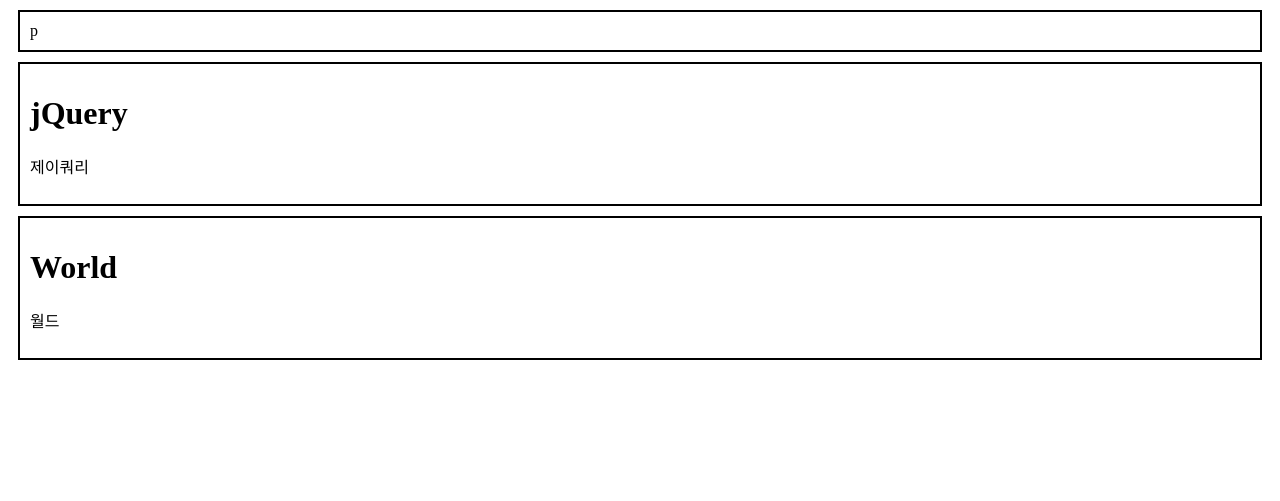
Repository: Shinhan1/shinhan
Page: http://localhost/web_goott/w20200323/jQueryEx04.jsp
The author's editor kept a copy of each file at every save. The page is drawn from the files as they stood at one save, then again after the next save.
The browser window is 1280 px wide. The pictures show the whole page.
After loading, the first visible `div` was clicked once.
The page is served by Tomcat 9.

Above is the page before, as saved 2020-03-23 06:02:40.

After the next save:
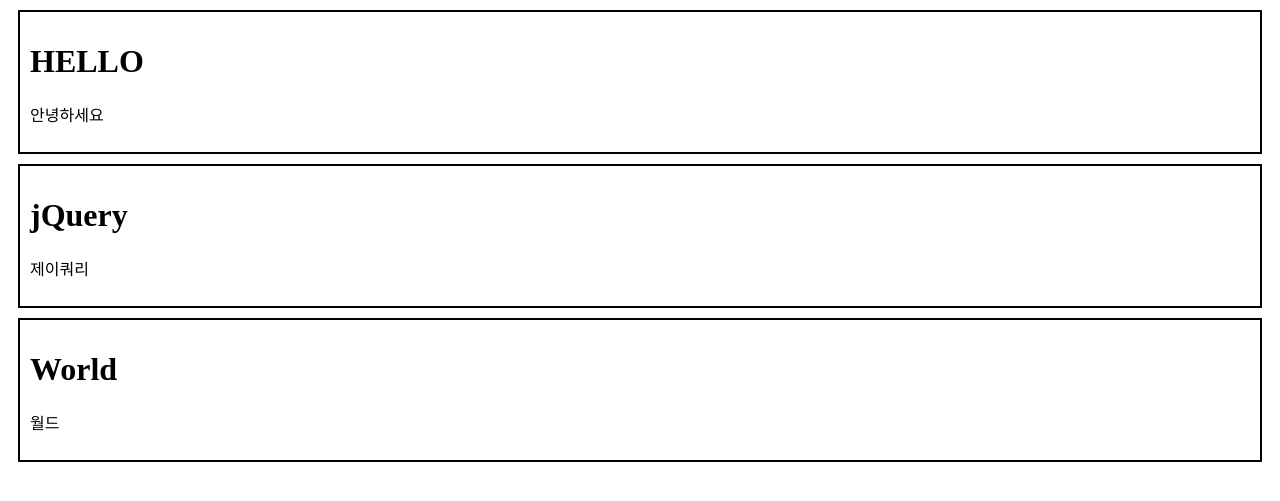
Saved 61 s later.
--- a/web_goott/WebContent/w20200323/jQueryEx04.jsp
+++ b/web_goott/WebContent/w20200323/jQueryEx04.jsp
@@ -18,7 +18,7 @@
 <script type="text/javascript">
 	$(document).ready(function(){
 		$("div").click(function(){
-			$(this).html("p");
+			console.log($("p"));
 
 
 		});
